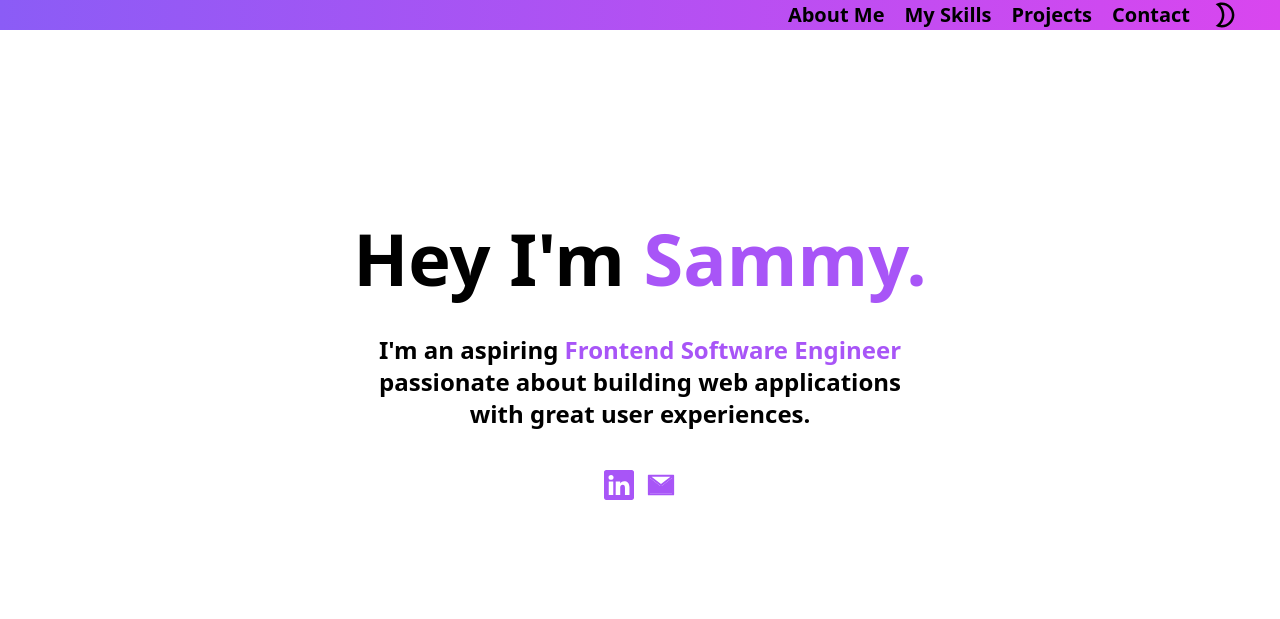
Repository: Al123Kudayyd/e-portfolio
Page: /
These files come from the project's save history. The page is drawn as it stood at one moment and after a run of saves; the edit follows.
The browser window is 1280 px wide. The pictures show the whole page.
The project was rebuilt for these pictures with package versions that can differ from the ones it lists, and the page was loaded fresh each time. The framework's server and built-in components were replaced by stand-ins that run in the browser. Also part of the build but not shown: next.config.js.

Above is the page before, as saved 2023-06-06 23:42:06.

After the next 3 saves:
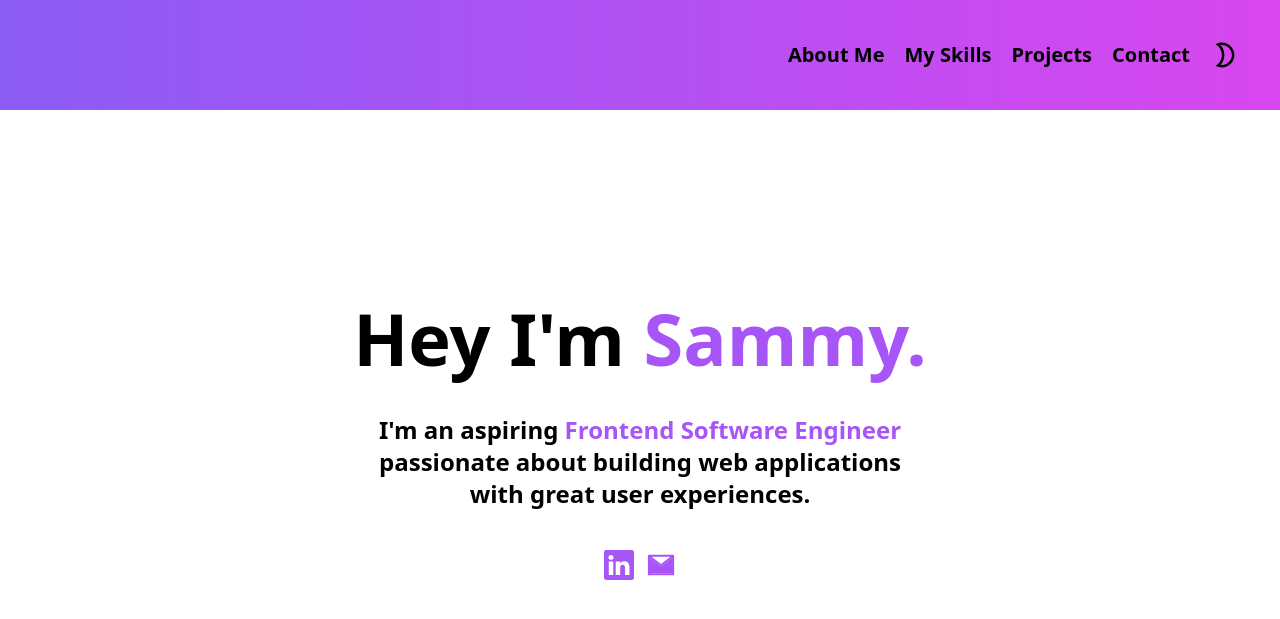
The 3 saves are shown as one change because they came seconds apart.
The last was saved 15 s later.
--- a/components/Nav.tsx
+++ b/components/Nav.tsx
@@ -4,7 +4,7 @@ import { FaBars } from 'react-icons/fa'
 function Nav() {
   return (
     <section className='bg-gradient-to-r from-violet-500 to-fuchsia-500'>
-      <div className=' mx-10 flex items-center justify-end font-bold cursor-pointer'>
+      <div className='py-10 mx-10 flex items-center justify-end font-bold cursor-pointer'>
         <FaBars className='flex md:hidden lg:hidden text-2xl hover:text-purple-500 transition' />
         <ul className='md:flex lg:flex hidden space-x-5 items-center justify-end text-xs sm:text-xl'>
             <li className='hover:text-purple-500 transition'>About Me</li>
